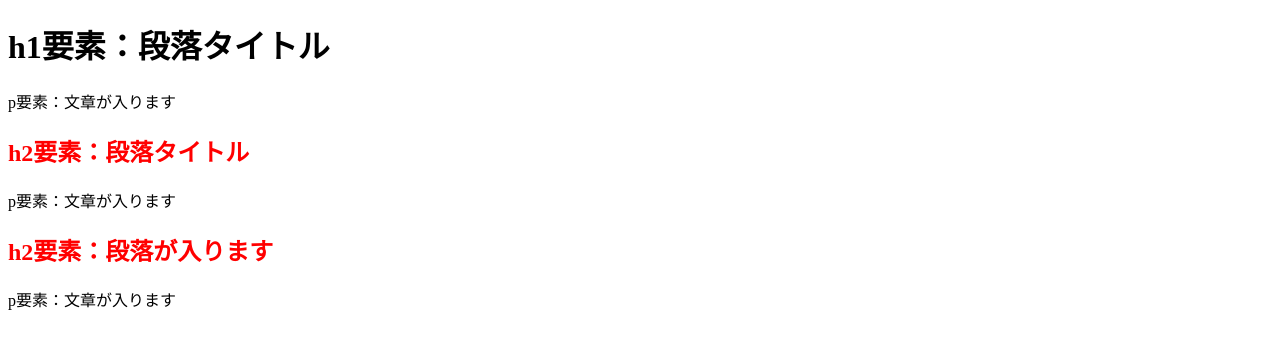
Repository: jittunYs/samurai_HTML-CSS
Page: index.html
The author's editor kept a record of every edit. The page is drawn from the files as they stood at one moment, then again after the next edit.
The browser window is 1280 px wide. The pictures show the whole page.

Above is the page before.

### index.html
<!DOCTYPE html>
<html lang = "ja">
    <head>
        <meta charset="UTF-8">
        <title>HTML/CSSの学習</title>
        <style>
            h2{color:red

            };
        </style>
    </head>
    <body>
        <h1>h1要素：段落タイトル</h1>
        <p>p要素：文章が入ります</p>
        <h2>h2要素：段落タイトル</h2>
        <p>p要素：文章が入ります</p>
        <h2>h2要素：段落が入ります</h2>
        <p>p要素：文章が入ります</p>
    </body>
</html>

After the next edit:
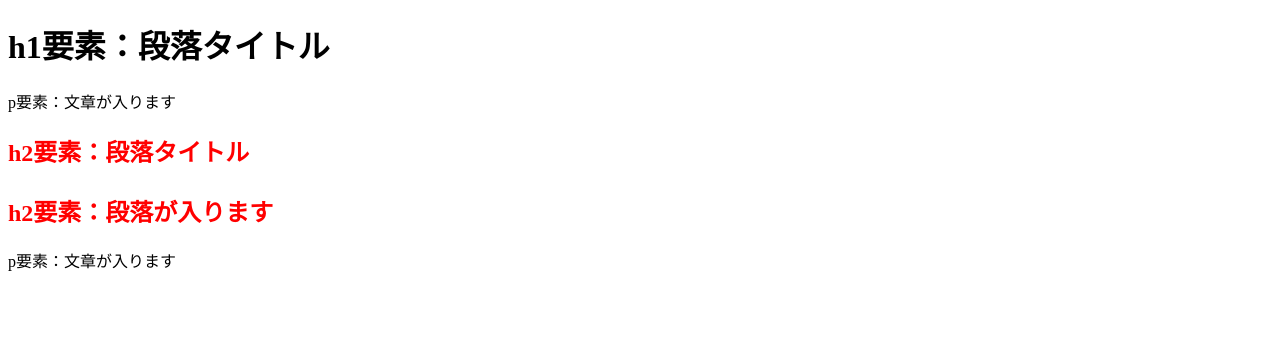
The edit:
--- a/index.html
+++ b/index.html
@@ -13,7 +13,7 @@
         <h1>h1要素：段落タイトル</h1>
         <p>p要素：文章が入ります</p>
         <h2>h2要素：段落タイトル</h2>
-        <p>p要素：文章が入ります</p>
+        <p style ="font-size:25px;"></p>
         <h2>h2要素：段落が入ります</h2>
         <p>p要素：文章が入ります</p>
     </body>
